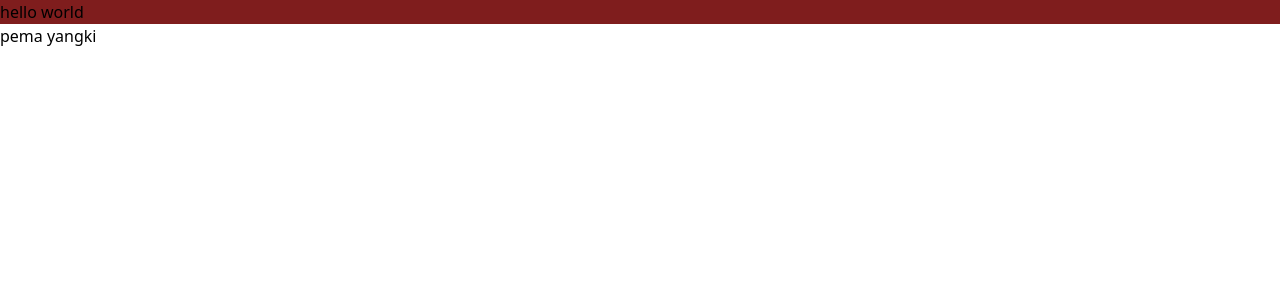
Repository: Pema-yangki/Css
Page: tailwind.html
An editor plug-in stored every save of this project. The page is shown before and after the next save, followed by the edit.
The browser window is 1280 px wide. The pictures show the whole page.
Some web libraries are served in a nearby version.

Above is the page before, as saved 2024-04-12 10:24:23.

After the next save:
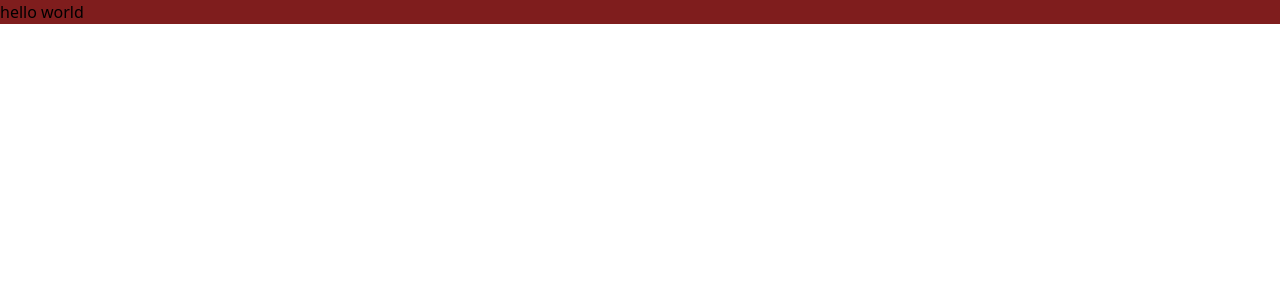
Saved 14 s later.
--- a/tailwind.html
+++ b/tailwind.html
@@ -10,6 +10,6 @@
     <div class="bg-red-900">
         <h1>hello world</h1>
     </div>
-    <div class="bg-red-10">pema yangki</div>
+
 </body>
 </html>
